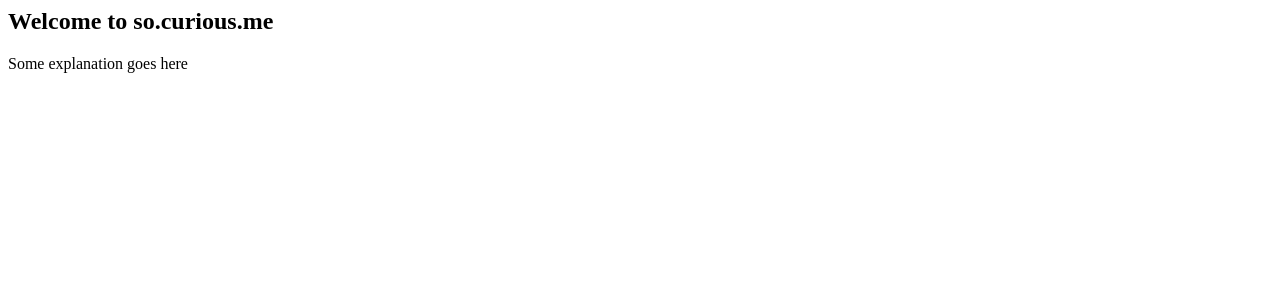
Repository: danbaryak/osgi-test-spa
Page: org.site.about/static/partials/about.html
These files come from the project's save history. The page is drawn as it stood at one moment and after the next save; the edit follows.
The browser window is 1280 px wide. The pictures show the whole page.

Above is the page before, as saved 2014-06-23 09:11:21.

### org.site.about/static/partials/about.html
<div fade-in-up>
	<h2>Welcome to so.curious.me</h2>
	<div class="explanation-box" fade-in-down delay=200>
		Some explanation goes here
	</div>
</div>

After the next save:
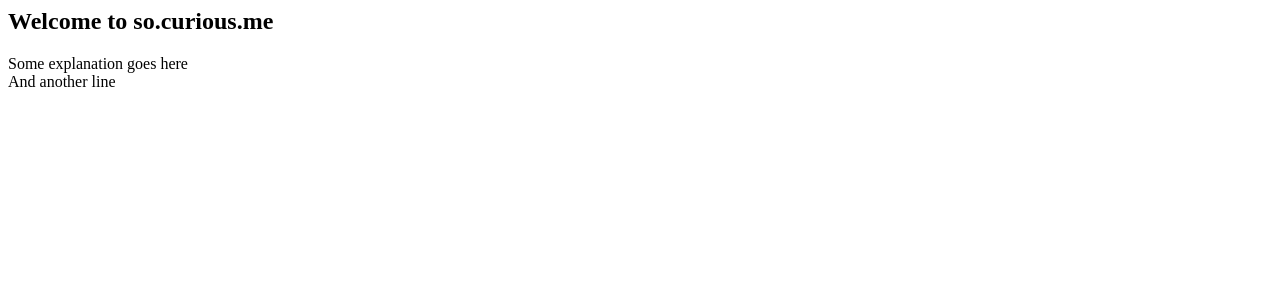
Saved 98 s later.
--- a/org.site.about/static/partials/about.html
+++ b/org.site.about/static/partials/about.html
@@ -1,6 +1,7 @@
 <div fade-in-up>
 	<h2>Welcome to so.curious.me</h2>
 	<div class="explanation-box" fade-in-down delay=200>
-		Some explanation goes here
+		Some explanation goes here<br>
+		And another line
 	</div>
 </div>
